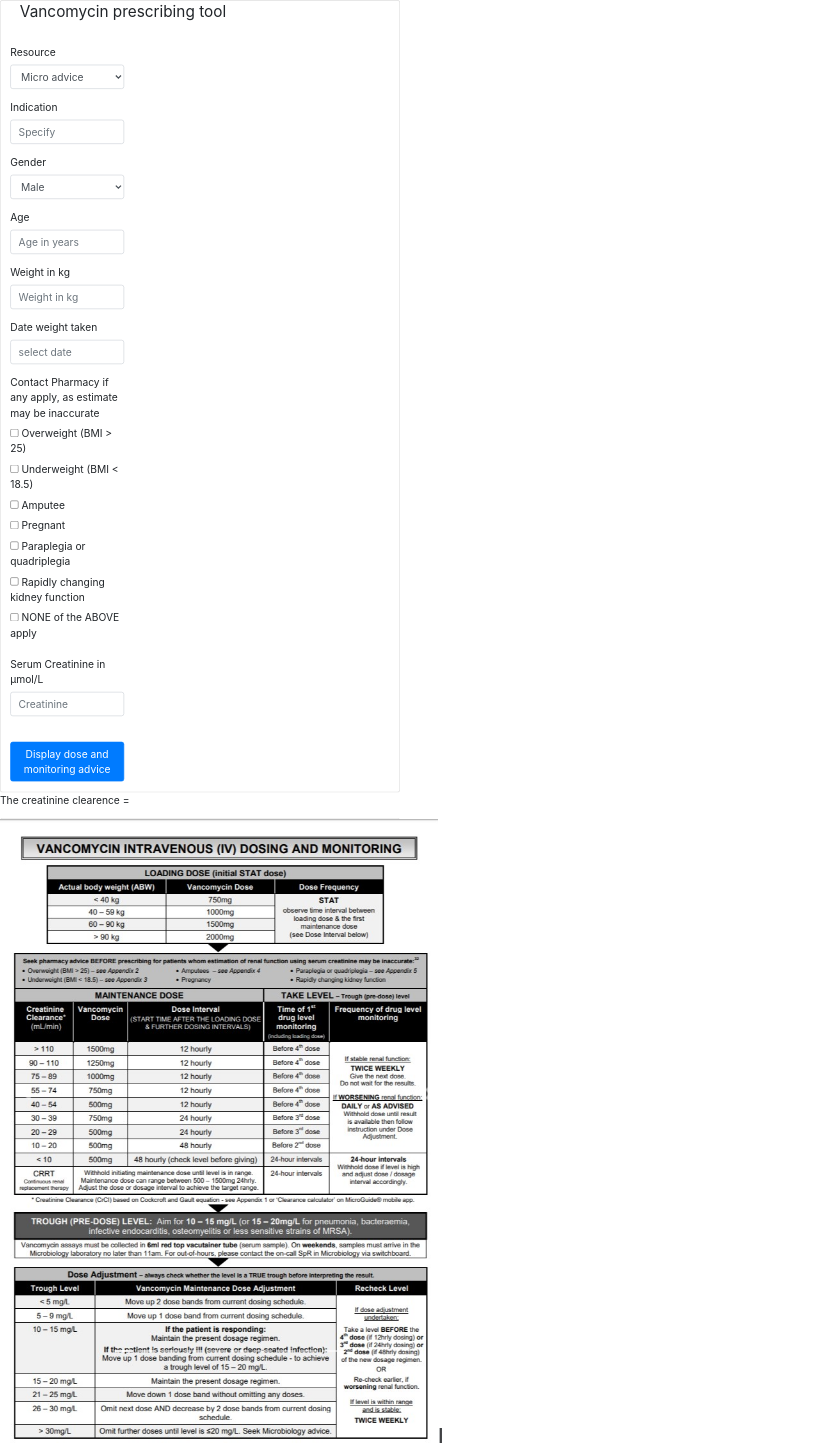
Repository: Mismiles/project-clinical-calculator
Page: index.html
The author's editor kept a record of every edit. The page is drawn from the files as they stood at one moment, then again after the next edit.
The browser window is 1280 px wide. The page is 1295 px wide, so the pictures cover 1295 px, including what lies to the right of the window. The pictures show the whole page, at 64% of full size.

Above is the page before.

After the next edit:
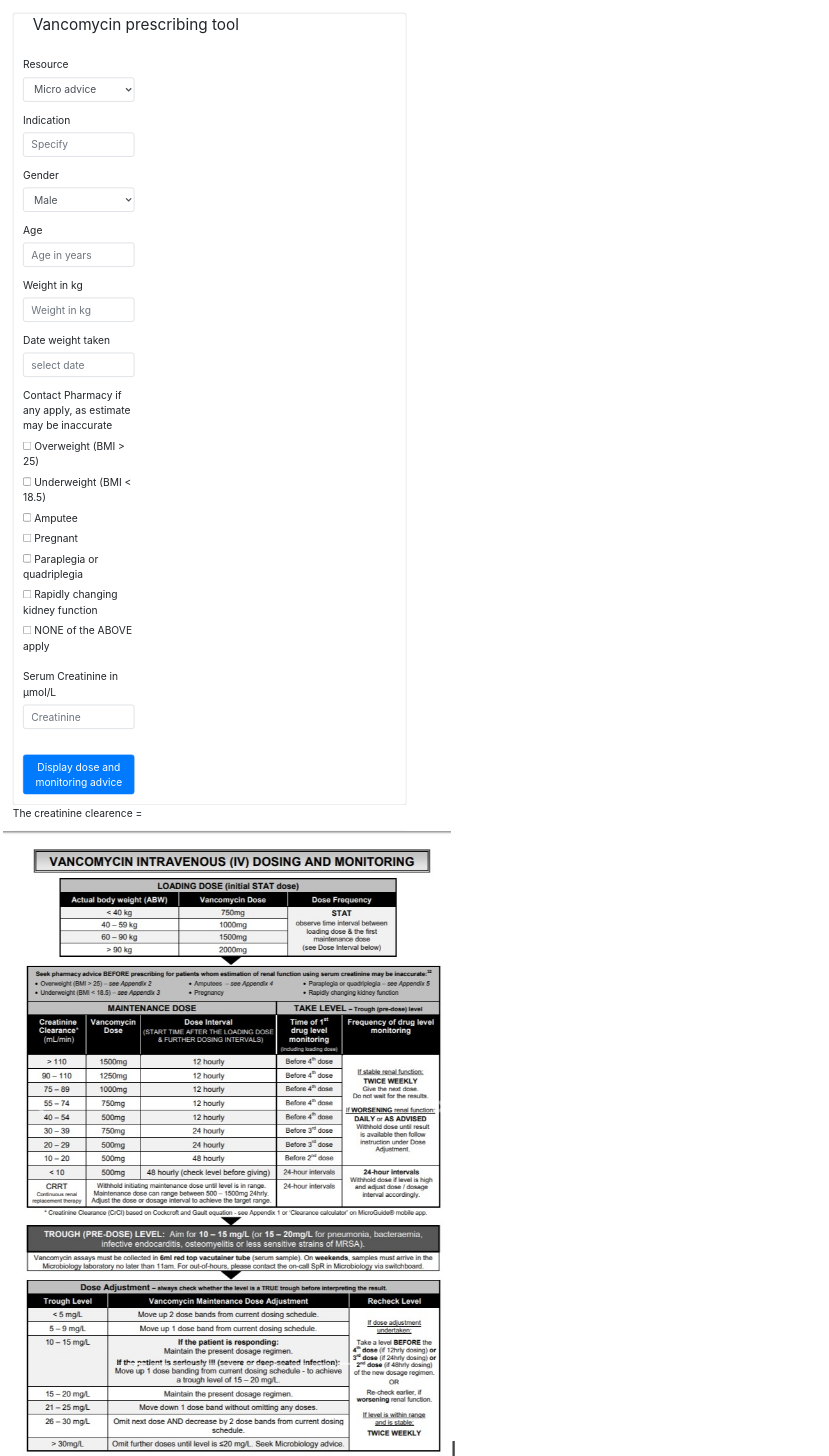
The edit:
--- a/css/stylesheet.css
+++ b/css/stylesheet.css
@@ -1,5 +1,8 @@
 body {
     position: relative;
+    font-size: 1em;
+    margin-left: 20px;
+    margin-top: 20px
 }
 
 legend {
